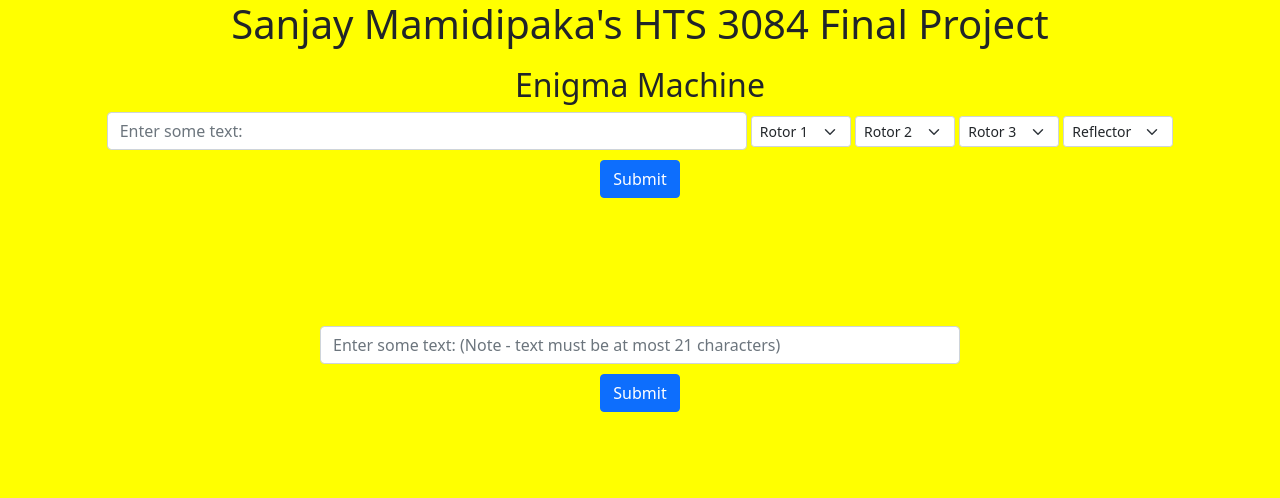
Repository: sanjayMamidipaka/htsfinalprojectnew
Page: http://localhost/
The author's editor kept a copy of each file at every save. The page is drawn from the files as they stood at one save, then again after a run of saves.
The browser window is 1280 px wide. The pictures show the whole page.
The page is served by the project's application, run on Flask 3 (app.py).

Above is the page before, as saved 2021-11-30 17:53:21.

### templates/index.html
<!doctype html>
<link href="https://cdn.jsdelivr.net/npm/bootstrap@5.1.3/dist/css/bootstrap.min.css" rel="stylesheet" integrity="sha384-1BmE4kWBq78iYhFldvKuhfTAU6auU8tT94WrHftjDbrCEXSU1oBoqyl2QvZ6jIW3" crossorigin="anonymous">


<head><title>Test</title>
    <meta charset=utf-8> </head>
    <body style="background-color:yellow;">
        <h1 style="text-align: center">Sanjay Mamidipaka's HTS 3084 Final Project</h1>
        <form class="grid" action="/my-link/" method="POST">

            <div style="text-align: center; white-space: nowrap;">
              <div style="padding-bottom: 10px;"></div>
                <h2>Enigma Machine</h2>
                <input placeholder="Enter some text: " type="text" id="name" class="form-control" name="name" style="width: 50%; margin: auto; display: block; display: inline-block;">
                <select class="form-select form-select-sm" aria-label="Default select example" style="display: inline-block; width: 100px;" name = "rotor1">
                    <option disabled selected>Rotor 1</option>
                    <option value="I">I</option>
                    <option value="II">II</option>
                    <option value="III">III</option>
                    <option value="IV">IV</option>
                    <option value="V">V</option>
                  </select>

                  <select class="form-select form-select-sm" aria-label="Default select example" style="display: inline-block; width: 100px;" name = "rotor2">
                    <option disabled selected>Rotor 2</option>
                    <option value="I">I</option>
                    <option value="II">II</option>
                    <option value="III">III</option>
                    <option value="IV">IV</option>
                    <option value="V">V</option>
                  </select>

                  <select class="form-select form-select-sm" aria-label="Default select example" style="display: inline-block; width: 100px;" name = "rotor3">
                    <option disabled selected>Rotor 3</option>
                    <option value="I">I</option>
                    <option value="II">II</option>
                    <option value="III">III</option>
                    <option value="IV">IV</option>
                    <option value="V">V</option>
                  </select>

                  <select class="form-select form-select-sm" aria-label="Default select example" style="display: inline-block; width: 110px;" name = "reflector">
                    <option disabled selected>Reflector</option>
                    <option value="B">B</option>
                    <option value="C">C</option>
                    <option value="B-Thin">B-Thin</option>
                    <option value="C-Thin">C-Thin</option>
                  </select>

                <div style="padding-bottom: 10px;"></div>
                <input class="file_submit btn btn-primary" type="Submit">
            </div>

            {% if ciphertext %}
                <h3 style="color: blue; text-align: center" class="let_space">Ciphertext: {{ciphertext}}</h3>
                <h3 style="color: blue; text-align: center" class="let_space">Plaintext: {{plaintext}} </h3>

            {% endif %}
          </form>
          <div style="padding-bottom: 10%;"></div>

          <form class="grid" action="/my-link-new/" method="POST">

            <div style="text-align: center;">
                <input placeholder="Enter some text: (Note - text must be at most 21 characters)" type="text" id="name1" class="form-control" name="name1" style="width: 50%; margin: auto; display: block;">
                <div style="padding-bottom: 10px;"></div>
                <input class="file_submit btn btn-primary" type="Submit">
            </div>

            {% if publicKey %}
                <h3 style="color: blue; text-align: center" class="let_space">Public Key: {{publicKey}}</h3>
                <h6 style="color: blue; text-align: center" class="let_space">Private Key: {{privateKey}} </h6>
                <h4 style="color: blue; text-align: center" class="let_space">Encoded Message: {{encMessage}} </h4>
                <h5 style="color: blue; text-align: center" class="let_space">Decoded Message: {{decMessage}} </h5>

            {% endif %}



          </form>



    </body>

### app.py
from flask import Flask, render_template, request
from enigma.rotors.rotor import Rotor
from enigma.plugboard import Plugboard
from enigma.machine import EnigmaMachine
import rsa
app = Flask(__name__)

@app.route('/')
def index():
  return render_template('index.html')

@app.route('/my-link/', methods=['POST', 'GET'])
def my_link():

    try:
      output = request.form.to_dict()
      print(output)
      name = output["name"]
      rotors = output['rotor1'] + " " + output['rotor2'] + " " + output['rotor3']
      reflectorString = output['reflector']
      print(rotors)

      machine = EnigmaMachine.from_key_sheet(
      rotors=rotors,
      reflector=reflectorString,
      ring_settings='B U L',
      plugboard_settings='AV BS CG DL FU HZ IN KM OW RX')

      machine.set_display('WXC') # set initial rotor positions
      enc_key = machine.process_text('BLA') # encrypt message key

      machine.set_display('BLA') # use message key BLA
      ciphertext = machine.process_text(name)

      machine.set_display('WXC')
      msg_key = machine.process_text(enc_key)

      machine.set_display(msg_key) # original message key is BLA
      plaintext = machine.process_text(ciphertext)

      return render_template('index.html', ciphertext=ciphertext, plaintext=plaintext)
    except Exception:
      return render_template('index.html', ciphertext="ERROR! PLEASE TRY AGAIN! (MAKE SURE TO SELECT ALL INPUTS)", plaintext="N/A")

@app.route('/my-link-new/', methods=['POST', 'GET'])
def my_link_new():
  try:
    output = request.form.to_dict()
    name1 = output['name1']
    publicKey, privateKey = rsa.newkeys(256)
    message = name1
    encMessage = rsa.encrypt(message.encode(), publicKey)

    decMessage = rsa.decrypt(encMessage, privateKey).decode()

    return render_template('index.html', publicKey=publicKey, privateKey=privateKey, encMessage=encMessage, decMessage=decMessage)
  except Exception:
    return render_template('index.html', publicKey="ERROR! PLEASE TRY AGAIN! (MAKE SURE INPUT IS UNDER 22 CHARACTERS)", privateKey="N/A", encMessage="N/A", decMessage="N/A")
if __name__ == '__main__':
  app.run(debug=True)

After the next 2 saves:
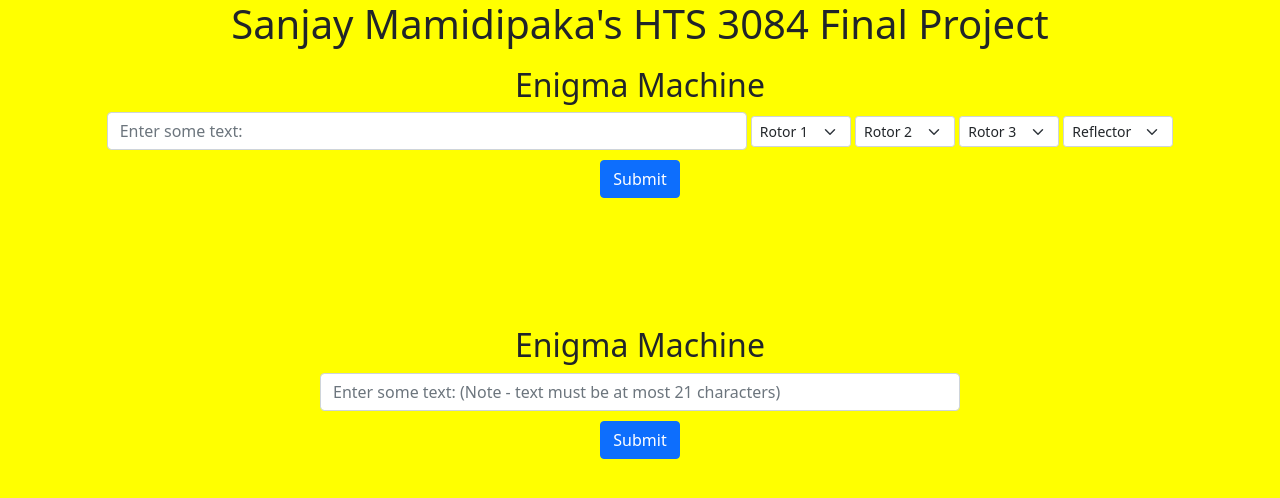
The 2 saves are shown as one change because they came seconds apart.
The last was saved 25 s later.
--- a/templates/index.html
+++ b/templates/index.html
@@ -62,6 +62,7 @@
           <form class="grid" action="/my-link-new/" method="POST">
 
             <div style="text-align: center;">
+                <h2>Enigma Machine</h2>
                 <input placeholder="Enter some text: (Note - text must be at most 21 characters)" type="text" id="name1" class="form-control" name="name1" style="width: 50%; margin: auto; display: block;">
                 <div style="padding-bottom: 10px;"></div>
                 <input class="file_submit btn btn-primary" type="Submit">
